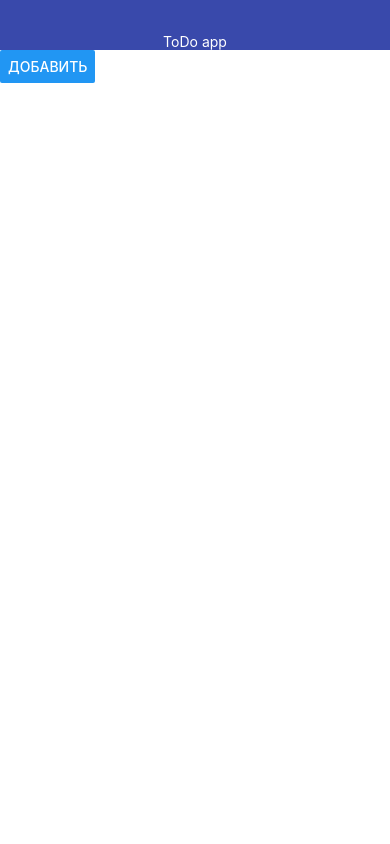
Repository: saint-fons/React-Native-Expo-TypeScript-Hooks
Screen: /
The author's editor kept a copy of each file at every save. The screen is drawn from the files as they stood at one save, then again after the next save.
The app was drawn by React Native's web renderer in a window 390 px wide. The project was rebuilt for these pictures with package versions that can differ from the ones it lists, and the page was loaded fresh each time.

Above is the screen before, as saved 2021-07-26 17:22:33.

After the next save:
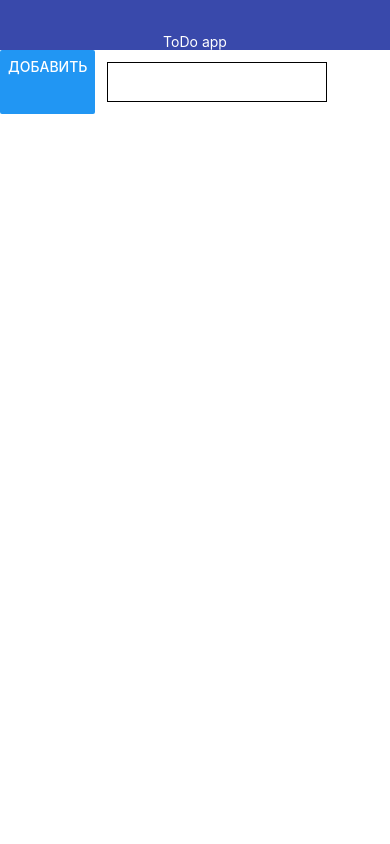
Saved 12 s later.
--- a/components/AddTodo.tsx
+++ b/components/AddTodo.tsx
@@ -8,7 +8,9 @@ const AddTodo: FC<any> = ({ }) => {
             <Button title='Добавить'
                 onPress={() => Alert.alert('Simple Button pressed')}
             />
-            <TextInput />
+            <TextInput
+                style={styles.input}
+            />
         </View>
     )
 }
